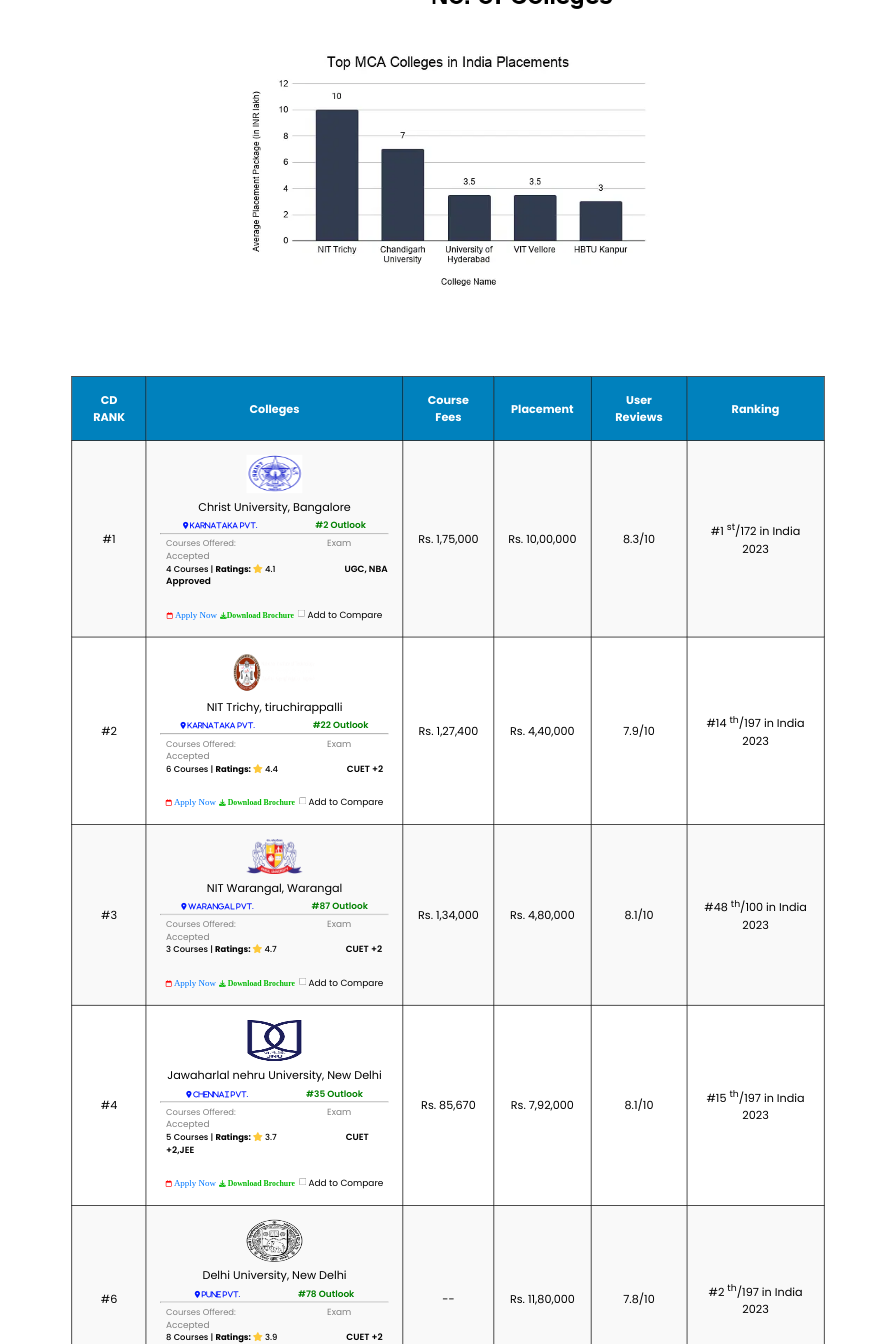
Repository: NamanSahu09/VidyaPreet-Ed-Tech-Website
Page: mca.html
These files come from the project's save history. The page is drawn as it stood at one moment and after a run of saves; the edit follows.
The browser window is 1280 px wide. The pictures show the part of the page from y = 1511 to 3431 px (the page is 5360 px tall), at 70% of full size.
Some web libraries are served in a nearby version.

Above is the page before, as saved 2024-04-15 00:18:51.

After the next 2 saves:
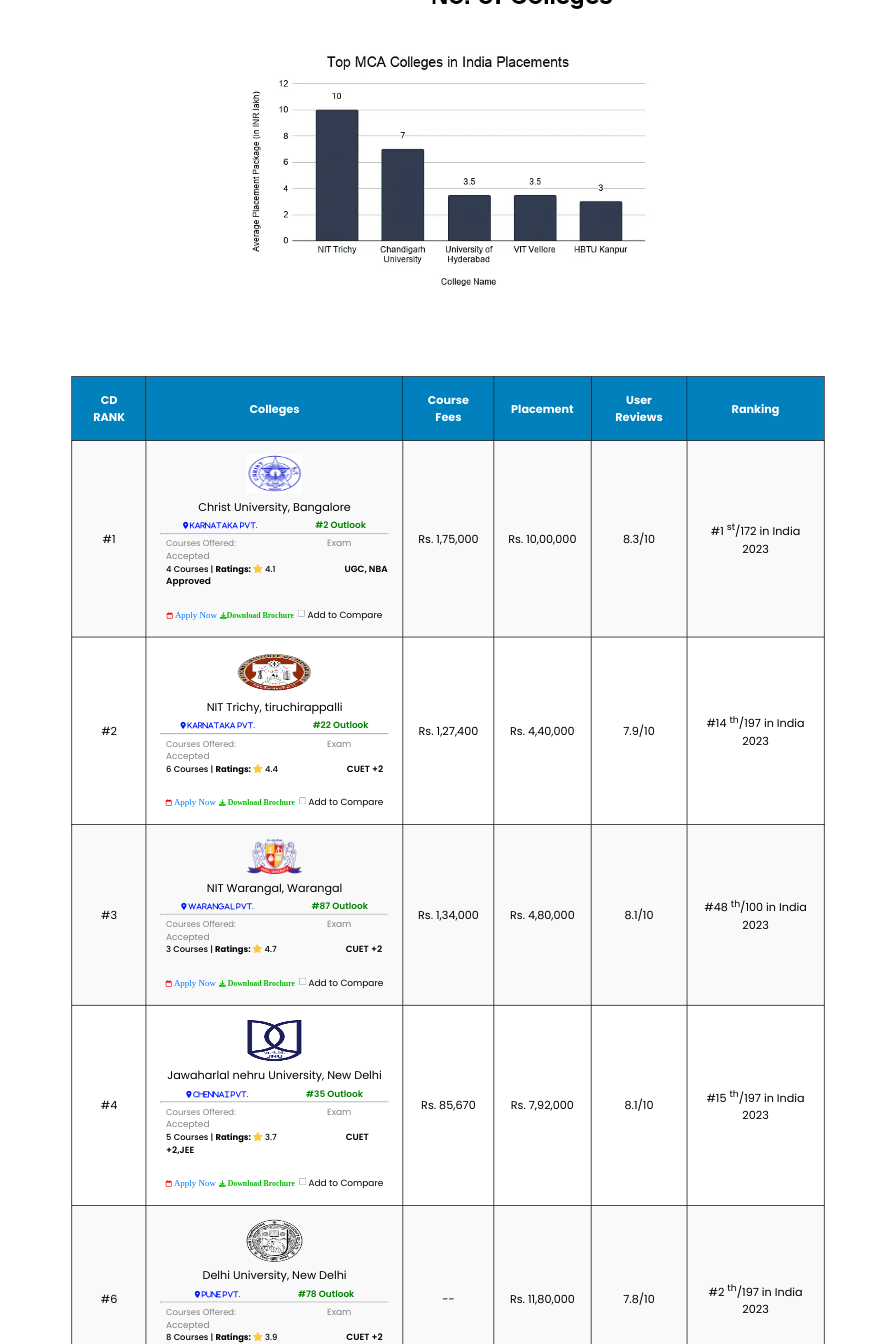
The 2 saves are shown as one change because they came seconds apart.
The last was saved 12 s later.
--- a/mca.html
+++ b/mca.html
@@ -195,7 +195,7 @@
 		<div class="container-wrapper">
 
 			<div class="container1">
-				<img src="logos/nittt-mob-latest.png" alt="logo" height="60px" width="120px">
+				<img src="logos/nittrichy.png" alt="logo" height="60px" width="120px">
 			</div>
 
 			<div class="container2">
